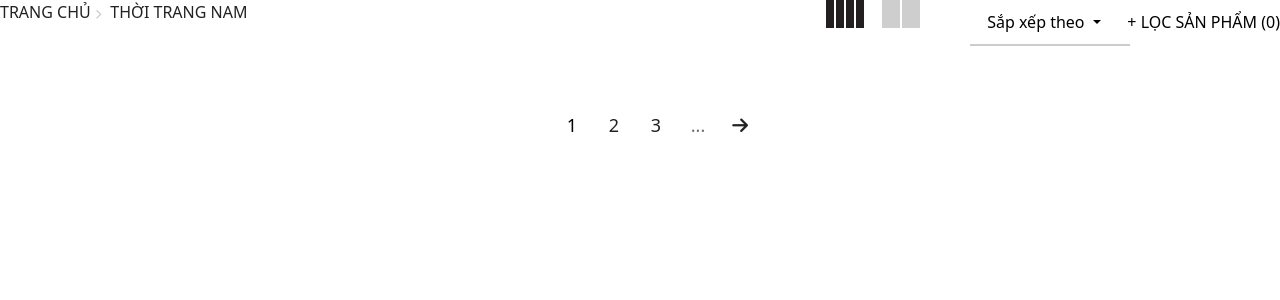
Repository: NguyenQuangQuan021099/FE_Page-Male
Page: index.html
The author's editor kept a copy of each file at every save. The page is drawn from the files as they stood at one save, then again after the next save.
The browser window is 1280 px wide. The pictures show the whole page.
The page's requests for data from a server got no answer. Some web libraries are served in a nearby version.

Above is the page before, as saved 2021-07-08 10:54:35.

### index.html
<!DOCTYPE html>
<html lang="en">
<head>
    <meta charset="UTF-8">
    <meta http-equiv="X-UA-Compatible" content="IE=edge">
    <script src="https://kit.fontawesome.com/ce2ff1d6ed.js" crossorigin="anonymous"></script>
    <link href="https://cdn.jsdelivr.net/npm/bootstrap@5.0.1/dist/css/bootstrap.min.css" rel="stylesheet" integrity="sha384-+0n0xVW2eSR5OomGNYDnhzAbDsOXxcvSN1TPprVMTNDbiYZCxYbOOl7+AMvyTG2x" crossorigin="anonymous">
    <script src="https://code.jquery.com/jquery-3.6.0.min.js" integrity="sha256-/xUj+3OJU5yExlq6GSYGSHk7tPXikynS7ogEvDej/m4=" crossorigin="anonymous"></script>
    <meta name="viewport" content="width=device-width, initial-scale=1.0">
    <link rel="stylesheet" href="style.css">
    <title>Trang Nam</title>
</head>
<body>
<div class="main">
<!-- -------------------------Begin Nav-------------------------------------------------- -->
<div class="category__product__action d-flex ">
    <div class="breadcrumbs">
        <a href="" title="Đi đến trang chủ">TRANG CHỦ</a>
        <i style="color: #ccc; font-size: 10px; margin-right: 5px; padding-bottom: 2px;" class="fas fa-chevron-right"></i>
        <span style="color: #222">THỜI TRANG NAM</span>
    </div>
  <div class="nav-2">
    <div class="toolbar__product ">
      <a href="#" class="active" title="Lưới" ></a>
      <a href="#" class="disable" title="Danh sách" ></a>
    </div>
    <!-- --------------begin dropdown ------------------>
    <div class="dropdown">
      <button class="btn btn-secondary dropdown-toggle" type="button" id="dropdownMenuButton1" data-bs-toggle="dropdown" aria-expanded="false">
        Sắp xếp theo
      </button>
      <ul class="dropdown-menu sorter" aria-labelledby="dropdownMenuButton1" .>
        <li><a class="dropdown-item" href="#">Thứ tự chữ cái A-Z</a></li>
        <li><a class="dropdown-item" href="#">Thứ tự chữ cái Z-A</a></li>
        <li><a class="dropdown-item" href="#">Giá tăng dần</a></li>
        <li><a class="dropdown-item" href="#">Giá giảm dần</a></li>
        <li><a class="dropdown-item" href="#">Sản phẩm mới nhất</a></li>
      </ul>
    </div>
    <!-- -------------------end dropdown ---------------->
</div>
    <!-------------------- begin filter---------------- -->
  <div class="filter__toggle">
    <div class="list-group">
      <button class="list-group-item list-group-item-action actived-list" aria-current="true" >
        + LỌC SẢN PHẨM (0)
      </button>
      <div class="list-select">
        <div class="list-group-item list-group-item-action reset-close">
          <button class="reset">ĐẶT LẠI</button>
          <button class="close">ĐÓNG</button>
        </div>
        <div class="filter-option-list">
          <div class="filter-option">
            <button class="list-group-item list-group-item-action btn__item actived">NHÓM
              <div class="icon">
                <i class="fas fa-plus icon-1"></i>
                <i class="fas fa-minus icon-2"></i>
              </div>
            </button>
            <div class="item__male">
              <ul class="items">
                <li class="item"> <a href="">ÁO NAM</a></li>
                <li class="item"> <a href="">QUẦN NAM</a></li>
                <li class="item"> <a href="">GIÀY DÉP NAM</a></li>
                <li class="item"> <a href="">PHỤ KIỆN THỜI TRANG NAM</a></li>
              </ul>
            </div>
          </div>

        <div class="filter-option">
          <button class="list-group-item list-group-item-action btn__item actived">KÍCH CỠ
            <div class="icon">
              <i class="fas fa-plus icon-1"></i>
              <i class="fas fa-minus icon-2"></i>
            </div>
          </button>
          <div class="item__male">
            <ul class="items items-size">

            </ul>
          </div>
        </div>
        <div class="filter-option">
          <button class="list-group-item list-group-item-action btn__item">MÀU TRANG PHỤC</button>
        </div>
        <div class="filter-option">
        <button class="list-group-item list-group-item-action btn__item">GÍA TIỀN</button>
        </div>
        </div>
      </div>
    </div>
  </div>
<!-- -------------------End filter--------------------- -->

</div>

<!-- --------------------End Nav----------------------- -->

<!-------------------Begin product--------------------- -->
<div class="product">
        <ol id="product-list-items">

        </ol>
</div>
<!-------------------End product--------------------- -->

<!-- -------------Begin pagination --------------------->
<div class="pagination ">
  <ul class="list__pag ">
    <li class="item__current"><a href="#">1</a></li>
        <li class="item"><a href="#">2</a></li>
        <li class="item"><a href="#">3</a></li>
        <li class="item"><span>...</span></li>
        <li class="item__next"><a href="#" title="Tiếp theo"><i class="fas fa-arrow-right"></i></a></li>
  </ul>
</div>
<!-- -------------End pagination ---------------------->
</div>
    <script src="./app.js"></script>
    <script src="https://cdn.jsdelivr.net/npm/@popperjs/core@2.9.2/dist/umd/popper.min.js" integrity="sha384-IQsoLXl5PILFhosVNubq5LC7Qb9DXgDA9i+tQ8Zj3iwWAwPtgFTxbJ8NT4GN1R8p" crossorigin="anonymous"></script>
    <script src="https://cdn.jsdelivr.net/npm/bootstrap@5.0.1/dist/js/bootstrap.min.js" integrity="sha384-Atwg2Pkwv9vp0ygtn1JAojH0nYbwNJLPhwyoVbhoPwBhjQPR5VtM2+xf0Uwh9KtT" crossorigin="anonymous"></script>
</body>
</html>

### style.css
*{
    margin: 0;
    padding: 0;
    box-sizing: border-box;
}

html{
    font-family: Arial, Helvetica, sans-serif;
}

a, a:hover{
    color: #222;
    text-decoration: none;
}

.category__product__action{
    margin-bottom: 50px;
    justify-content: space-between;
    position: relative;
}

.nav-2{
    display: flex;
    position: absolute;
    right: 100px;
}


.toolbar__product a{
    height: 28px;
    display: inline-block;
    width: 38px;
    background-repeat: no-repeat;
}

.toolbar__product .active{
    background-image: url(./img/grid4active.svg);
    padding-right: 52px;
}

.toolbar__product .disable{
    background-image: url(./img/grid2disable.svg);
}

/* Dropdown css */
.dropdown{
    margin: 0 50px;
}

.btn-secondary {
    width: 160px;
    height: 46px;
    color: black;
    background-color: white;
    border-style: none;
    border-bottom: 2px solid #ccc;
    border-radius: 0px;
    padding: 0 25px 0 13px;
}


.btn-secondary:hover{
    color: black;
    background-color: white;
    border-bottom: 1px solid #ccc;

}

.btn-check:focus+.btn-secondary, .btn-secondary:focus {
    color: black;
    background-color: #fff;
    border-color: rgb(54, 52, 52);
    box-shadow: none;
    outline: none;
}
.sorter .dropdown-item:hover {
    color: white;
    background-color: #1777f2;
}

/* End dropdown */

/*  product items css */
/* filter css */
.list-group .actived-list{
    background-color: #fff;
    border-style: none;
    color:black ;
}

.reset-close{
    width: 100%;
    padding: 20px 0;
    display: flex;
    justify-content: space-between;
    border-style: none;
    border-bottom: 1px solid black;
    position: relative;

}
.reset-close button{
    font-size: 18px;
    margin: 0 30px;
    border-style: none;
    background-color: #fff;
}

/* begin filter */
.filter__toggle{
    margin-top: 10px;
}

.list-select{
    width: 25.8%;
    height: 100%;
    position: fixed;
    top: 0;
    display: none;
    right: 0;
    z-index: 2;
    background-color: #fff;
    border-left: 1px solid black;
    animation: mymove ease-in-out .8s;
    transition: all 0.2s ease-in-out 0.2s;
}
.list-group-item{
    padding: 0;
}
.list-group-item-action:hover{
    background-color: #fff;
}

.list-select button{
   font-size: 18px;
}

.btn__item{
    padding-left: 30px;
    display: flex;
    justify-content: space-between;
}

.list-group .item__male ul li{
    list-style: none;
    padding-top: 8px;
}

.filter-option-list{
    height: 95vh;
    overflow-y: scroll;
}

.filter-option{
    border-bottom: 1px solid black;
}

.filter-option button .icon{
   display: inline-block;

}

.filter-option button .icon .icon-1{
    display: none;
}


@keyframes mymove{
    0%{
        right: -100%;
    }

    50%{
        right: -50%;
    }
    100%{
        right: 0;
    }
}

/* end filter css */
/* product items css */
.product{
     max-width: 100%;
     padding-left: 12px;
}

.product ol{
    display: flex;
    flex-wrap: wrap;
    padding-left: 0;
}

.product #product-list-items .product-items{
    width: 25%;
    list-style: none;
    margin-bottom: 30px;
}

li .renderItems  a img{
    width: 100%;
    object-fit: cover;
    padding: 3px;
}

li .renderItems  .sub__div{
    padding-top: 16px;
    display: flex;
    flex-direction: column;
}

li .renderItems .sub__div .title{
    color: #222;
    font-weight: 500;
    text-transform: uppercase;
    font-size: 12px;
    text-decoration: none;
}

li .renderItems .sub__div .price{
    opacity: 0.7;
    font-size: 16px;
    font-family: Roboto;
}

li .renderItems .sub__div a{
    position: relative;
    display: inline-block;
}

li .renderItems .sub__div .img__mini{
    width: 22px;
    height: 22px;
}

li .renderItems .sub__div a img{
    width: 100%;
    object-fit: none;
}

li .renderItems .sub__div a img:hover{
    border: 1px solid black;
}

li .renderItems .sub__div a .sub__content{
    position: absolute;
    padding: 10px 30px;
    border: 1px solid black;
    border-radius: 5px;
    background-color: #fff;
    top: -50px;
    display: none;
}

li .renderItems .sub__div a:hover .sub__content{
    display: block;
}

/* End product items */

/* Begin pagination */
.pagination{
    display: block;
}

.pagination ul{
    display: flex;
    justify-content: center;
}
.pagination ul li{
    list-style: none;
    width: 30px;
    height: 30px;
    font-size: 18px;
    color: #707070;
    margin: 12px 6px;
    text-align: center;
}

.pagination ul .item__current a{
    color: black;
}

.pagination ul li:hover a{
    background-color: #ccc;
    border-radius: 2px;
    padding: 6px 12px;
}

/* End paginaton */

/* Responsive */
/* Mobile : width < 720px */
@media only screen and (max-width: 46.1875em){

}

/* tablet : width >= 740px and width < 1024px */
@media screen and (min-width: 360px) and (max-width: 1024px) {

    .category__product__action{
        flex-direction: column-reverse;
        padding: 0 20px;
        margin-bottom: 0;
    }

    .nav-2{
        justify-content: space-between;

    }

    .toolbar__product{
        display: none;
    }


    ol, ul {
        padding-left: 0  !important;
    }

    ol>:first-child{
      width: 100% !important;
      padding-right: 12px;
    }

    ol >:first-child .renderItems a img{
        width: 100% !important;
    }

    li{
        width: 50% !important;
        padding-right: 10px;
    }

    .pagination ul li{
        width: 30px !important;
    }

}

### app.js
let itemAPI = "http://localhost:3000/items";
let sizeAPI = "http://localhost:3000/listSize";

function start() {
    getItem(renderItems);
    getSize(renderListSize);
}
start();

// lay ra item
function getItem(callback) {
    fetch(itemAPI)
    .then(function(response){
        return response.json();
    })
    .then(callback);
}

//render item
function renderItems(items){
    let listItemsBlock = document.querySelector("#product-list-items");
    let htmls = items.map(function(item){
        return `
        <li class="product-items">
            <div class="renderItems">
                <a href=""><img src="${item.image}" alt="" srcset=""></a>

                <div class="sub__div">

                    <a href="#" class="title"> ${item.title} </a> <br>

                    <span class="price">${item.price}</span> <br>

                        <a class="img__mini" href="#"> <img src="${item.miniimg}">
                            <div class="sub__content">
                                ${item.contentmini1}
                            </div>
                        </a>
                </div>
            </div>
        </li>
        `;
    });
    listItemsBlock.innerHTML = htmls.join('');
}

// render list size clothing
function getSize(callback) {
    fetch(sizeAPI)
    .then(function(response){
        return response.json();
    })
    .then(callback);
}

function renderListSize(listSize){
    let listSizeBlock = document.querySelector(".items-size");
    console.log(listSizeBlock);
    let htmls = listSize.map(function(size){
        return `
            <li class="item"> <a href=""> ${size.sizeClothing}</a></li>
        `;
    });
    listSizeBlock.innerHTML = htmls.join('');
    console.log(htmls);
}


// $('.show-hide').on("click", function(e){
//     $(this).find('.hide').css("display", "none");
//     $(this).find('.show').css("display", "block");
//     e.preventDefault();
// })


// filter actions
$('.actived-list, .close').on("click", function(){
    $(this).parent('.list-group').find('.list-select').toggle();
    $(this).parents('.list-select').toggle();

})

$('.actived, .not-actived').on("click", function(){
    $(this).find('.icon-1').toggle();
    $(this).find('.icon-2').toggle();
    $(this).parent('.filter-option').find('.item__male').toggle();
        if ($(this).hasClass('actived')) {
            $(this).removeClass('actived').addClass('not-actived');
        } else {
                $(this).removeClass('not-actived').addClass('actived');
        }
})


$('.reset').on("click", function(){
   $(this).parents('.list-select').find('.item__male').show();
   $(this).parents('.list-select').find('.icon-1').hide();
   $(this).parents('.list-select').find('.icon-2').show();
})

After the next save:
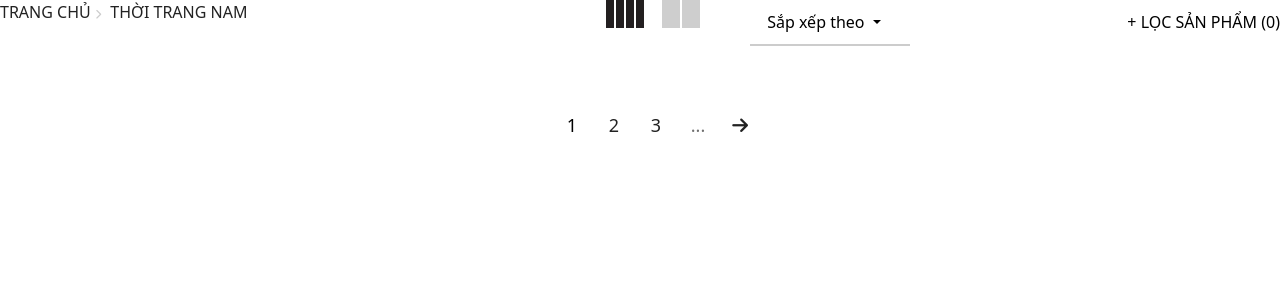
Saved 5 s later.
--- a/style.css
+++ b/style.css
@@ -22,7 +22,7 @@ a, a:hover{
 .nav-2{
     display: flex;
     position: absolute;
-    right: 100px;
+    right: 25%;
 }
 
 
